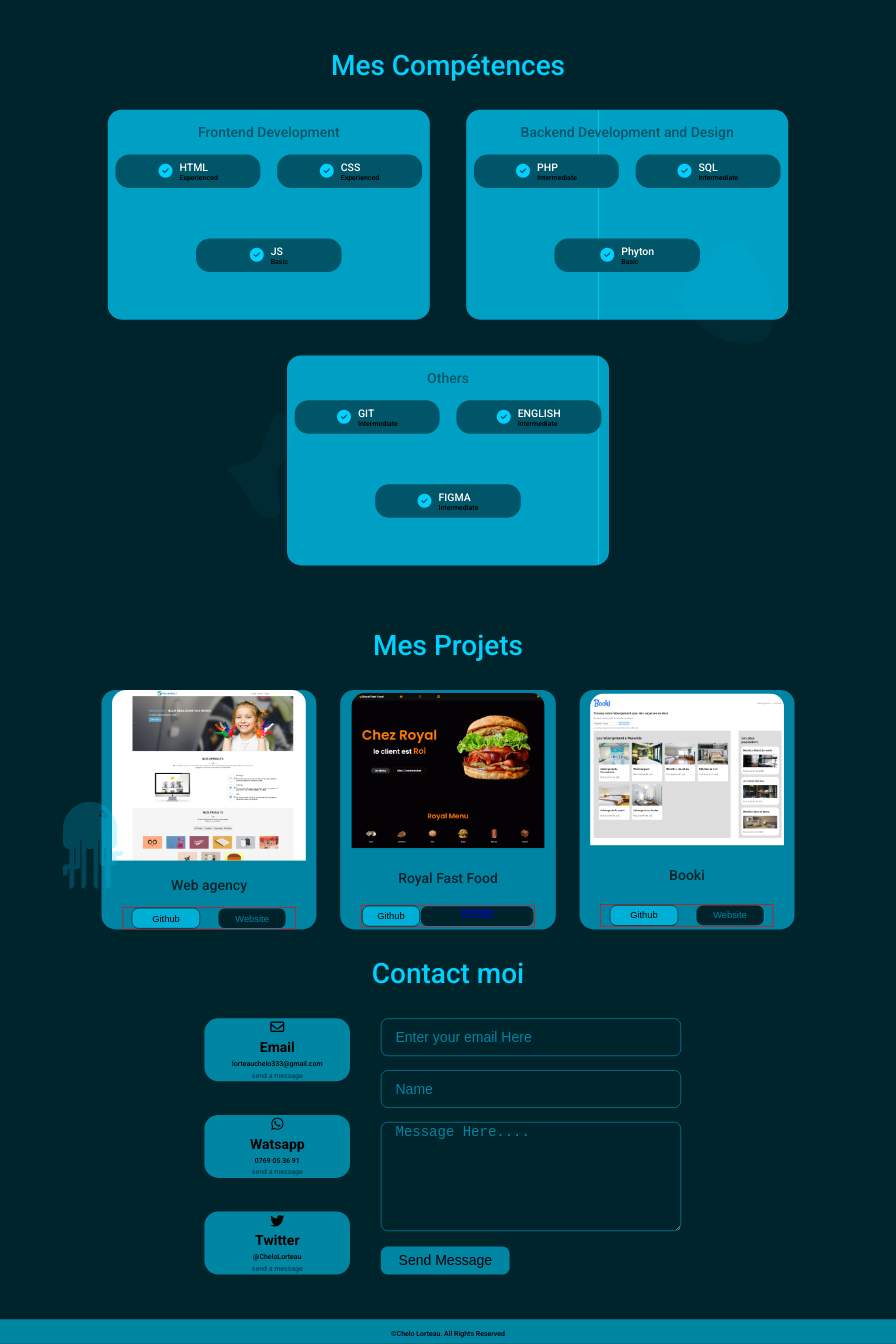
Repository: Chelorteau/Portfolio
Page: index.html
These files come from the project's save history. The page is drawn as it stood at one moment and after the next save; the edit follows.
The browser window is 1280 px wide. The pictures show the part of the page from y = 1414 to 3334 px (the page is 3334 px tall), at 70% of full size.
Some web libraries are served in a nearby version.

Above is the page before, as saved 2023-02-19 19:59:23.
Console error: ReferenceError: emailjs is not defined

After the next save:
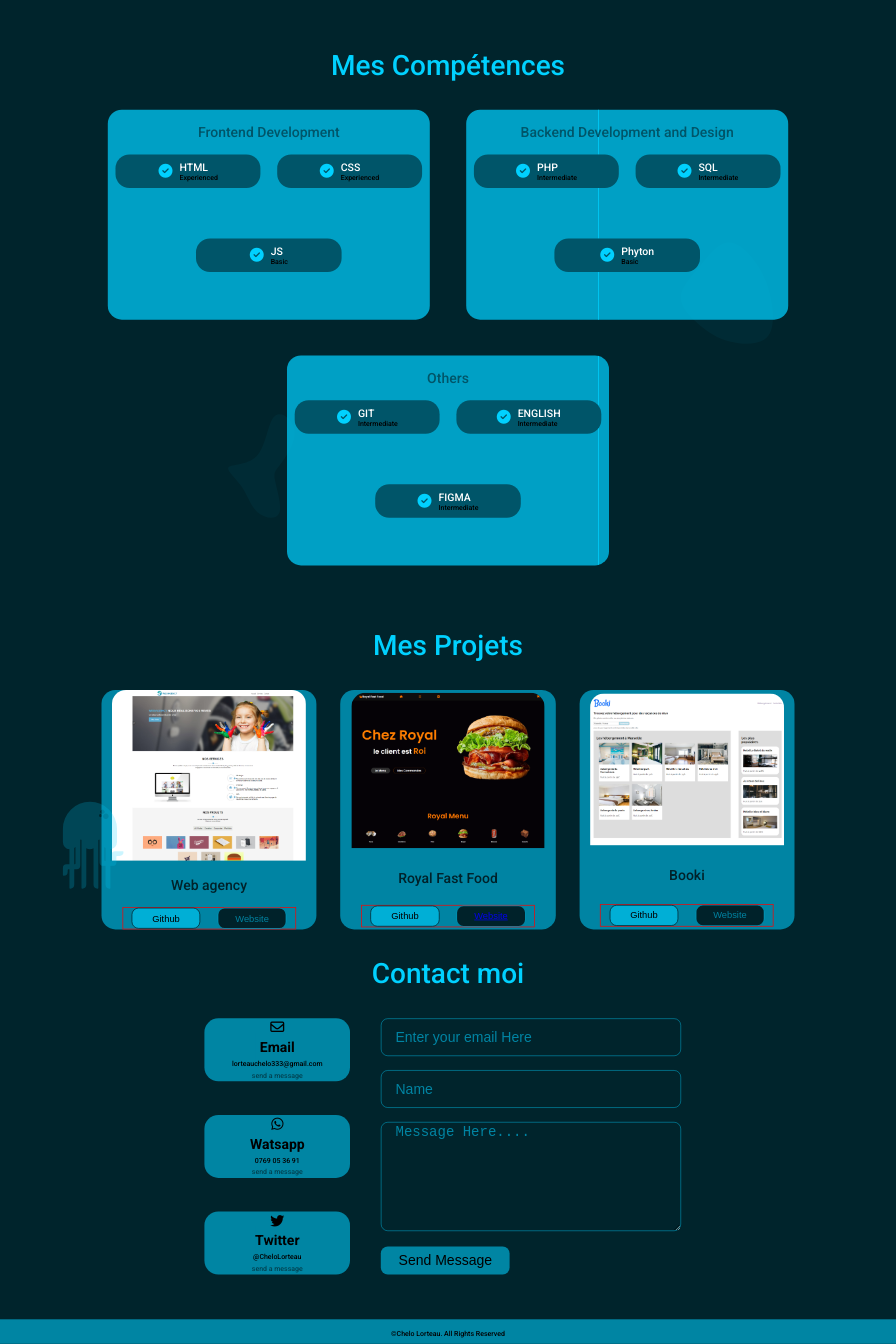
Saved 16 s later.
--- a/index.html
+++ b/index.html
@@ -217,7 +217,7 @@
                         Github
                     </button>
 
-                    <button class=" mes_projets_card_button website">
+                    <button class=" mes_projets_card_button_element website">
                         <a href="https://drive.google.com/file/d/1sZzORlBVzXq-9hTMNPZ7NjbJwF3PUsPI/view" target="_blank">
                             Website
                         </a>
